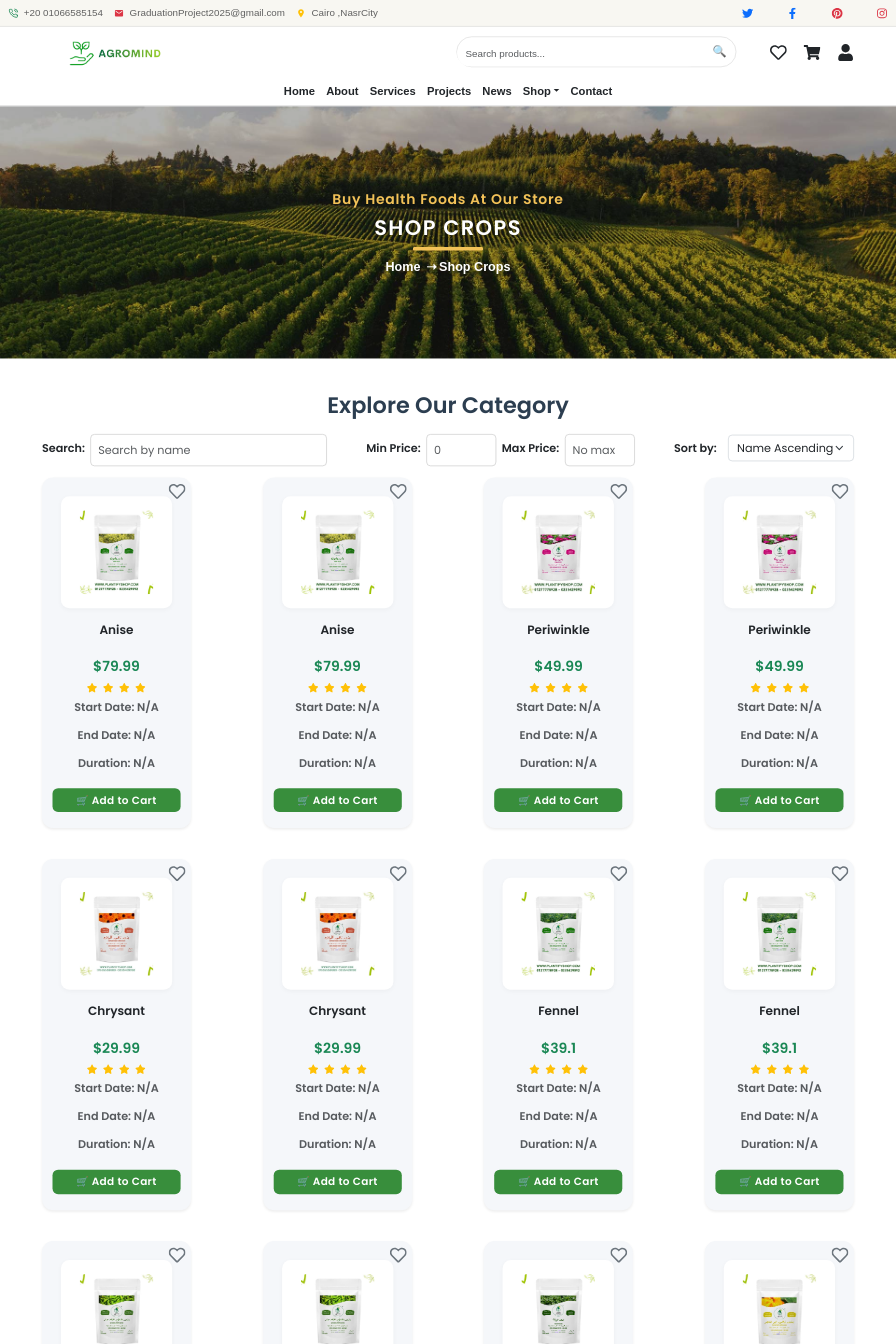
Repository: ShimaaMohamedRoshdi/WorkSpace-agromind
Page: /crops (app in agricultural-management-system-vs/agricultural-management-system-main/)
An editor plug-in stored every save of this project. The page is shown before and after the next save, followed by the edit.
The browser window is 1280 px wide. The pictures show the part of the page from y = 0 to 1920 px (the page is 3906 px tall before and 720 px after), at 70% of full size.
The page's requests for data from a server got no answer. Backgrounds fixed to the window are drawn as part of the page. The project was rebuilt for these pictures with package versions that can differ from the ones it lists, and the page was loaded fresh each time. No one was signed in, and anything a server would have sent is missing. Also part of the build but not shown: agricultural-management-system-vs/agricultural-management-system-main/vite.config.js, agricultural-management-system-vs/agricultural-management-system-main/services/api.jsx, agricultural-management-system-vs/agricultural-management-system-main/src/pages/SignUp.jsx, agricultural-management-system-vs/agricultural-management-system-main/src/pages/SignIn.jsx, agricultural-management-system-vs/agricultural-management-system-main/src/components/HealthyFoods.css, agricultural-management-system-vs/agricultural-management-system-main/src/components/HealthyFoods.jsx, agricultural-management-system-vs/agricultural-management-system-main/src/components/Products.jsx, agricultural-management-system-vs/agricultural-management-system-main/src/components/AgricultureSkill.jsx and 39 more.

Above is the page before, as saved 2025-05-09 23:39:38.

After the next save:
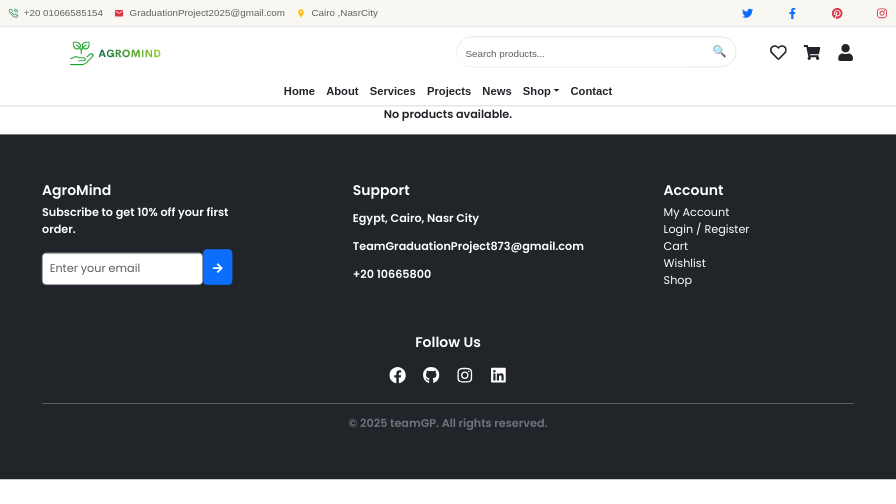
Saved 2 min 43 s later.
--- a/agricultural-management-system-vs/agricultural-management-system-main/src/pages/Crops.jsx
+++ b/agricultural-management-system-vs/agricultural-management-system-main/src/pages/Crops.jsx
@@ -1,14 +1,52 @@
-import React, { useState } from "react";
-import { useSelector } from "react-redux";
+import React, { useState, useEffect } from "react";
 import ProductCard from "../components/ProductCard";
 import ShopBanner from "../components/ShopBanner";
+import { getAllCrops } from "../api";
 
 const Crops = () => {
-  const products = useSelector((state) => state.product.products);
+  const [products, setProducts] = useState([]);
   const [sortOption, setSortOption] = useState("nameAsc");
   const [searchTerm, setSearchTerm] = useState("");
   const [priceRange, setPriceRange] = useState({ min: 0, max: Infinity });
-  const [selectedCategories, setSelectedCategories] = useState([]); // Added missing state
+  const [selectedCategories, setSelectedCategories] = useState([]);
+
+  useEffect(() => {
+    const fetchCrops = async () => {
+      try {
+        const data = await getAllCrops();
+        // Map data to include startDate, endDate, duration
+        const mapped = data.map((crop) => {
+          const startDate = crop.startDate || crop.StartDate || null;
+          const duration = crop.duration || crop.Duration || 0;
+          let endDate = null;
+          if (startDate && duration) {
+            const start = new Date(startDate);
+            const end = new Date(start);
+            end.setDate(start.getDate() + duration);
+            endDate = end.toISOString().split("T")[0];
+          }
+          return {
+            ...crop,
+            startDate: startDate ? startDate.split("T")[0] : "N/A",
+            endDate: endDate || "N/A",
+            duration,
+            name: crop.cropName || crop.CropName || "Unnamed Crop",
+            price: crop.price || crop.TotalCost || 0,
+            category: crop.category || crop.CropType || "Uncategorized",
+            id: crop.id || crop.Id,
+            image: crop.cropImage || crop.PictureUrl || "",
+            rating: crop.rating || 4,
+            discount: crop.discount || 0,
+            originalPrice: crop.originalPrice || 0,
+          };
+        });
+        setProducts(mapped);
+      } catch (error) {
+        console.error("Error fetching crops:", error);
+      }
+    };
+    fetchCrops();
+  }, []);
 
   if (!products || products.length === 0) {
     return <p className="text-center">No products available.</p>;
